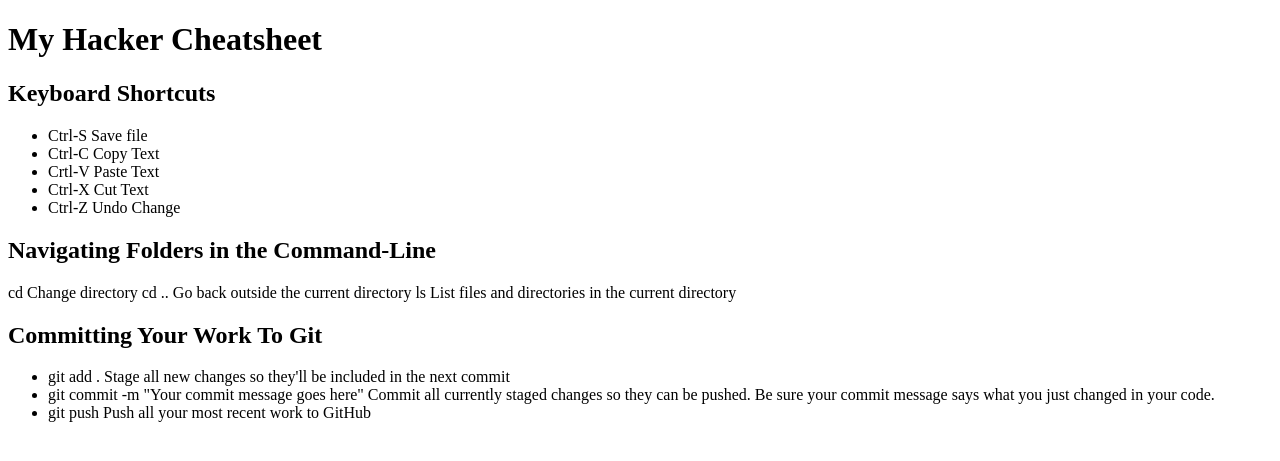
Repository: normansinegar/normansinegar.github.io
Page: cheatsheet.html
The author's editor kept a record of every edit. The page is drawn from the files as they stood at one moment, then again after the next edit.
The browser window is 1280 px wide. The pictures show the whole page.

Above is the page before.

After the next edit:
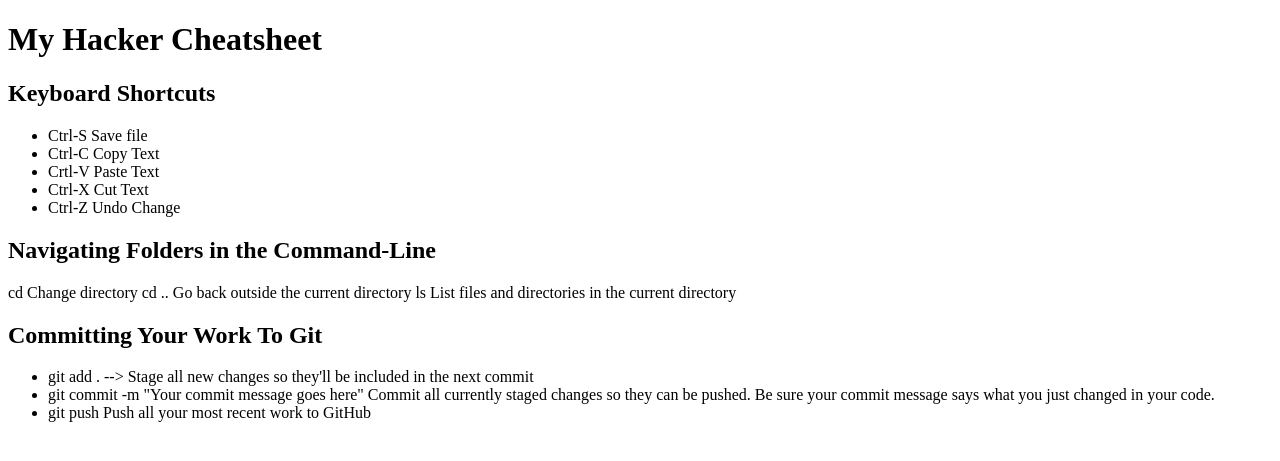
The edit:
--- a/cheatsheet.html
+++ b/cheatsheet.html
@@ -43,6 +43,7 @@
                 <ul>
                     <li>
                         git add .
+                        <span>--></span>
                         Stage all new changes so they'll be included in the next commit
                     </li>
                     <li>
